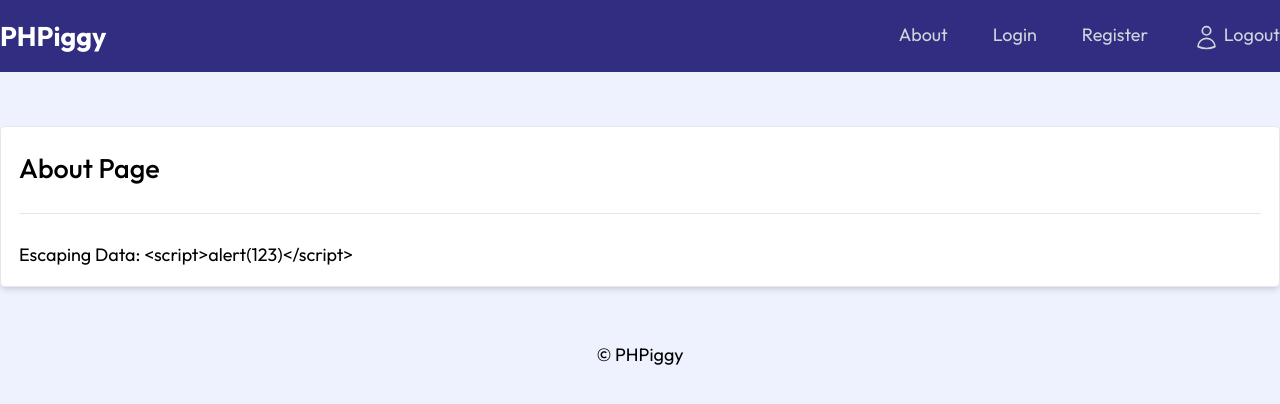
Repository: Conjet/PHPiggy
Page: http://localhost/about
An editor plug-in stored every save of this project. The page is shown before and after the next save, followed by the edit.
The browser window is 1280 px wide. The pictures show the whole page.
The page is run by PHP 8.4 with error messages shown; the project is at /var/www/html/.

Above is the page before, as saved 2023-09-09 23:18:25.

After the next save:
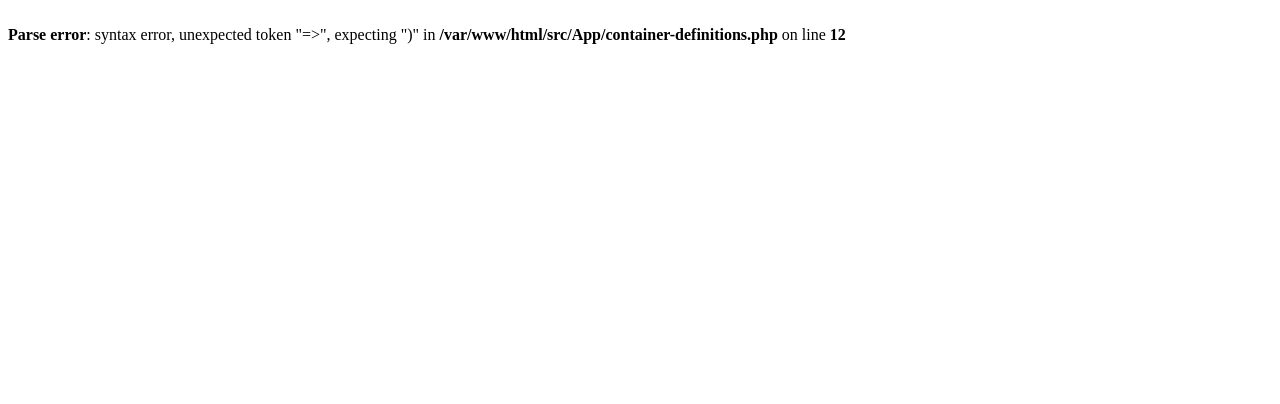
Saved 53 min 6 s later.
--- a/src/App/container-definitions.php
+++ b/src/App/container-definitions.php
@@ -2,11 +2,15 @@
 
 declare(strict_types=1);
 
-use Framework\TemplateEngine;
+use Framework\{TemplateEngine, Database};
 use App\Config\Paths;
 use App\Services\ValidatorService;
 
 return [
     TemplateEngine::class => fn () => new TemplateEngine(Paths::VIEW),
-    ValidatorService::class =>  fn () => new ValidatorService()
+    ValidatorService::class =>  fn () => new ValidatorService(),
+    Database::class => fn () => new Database('host' => 'localhost',
+    'port' => 3306,
+    'dbname' => 'phpiggy'
+], 'root', '')
 ];

After the save that followed:
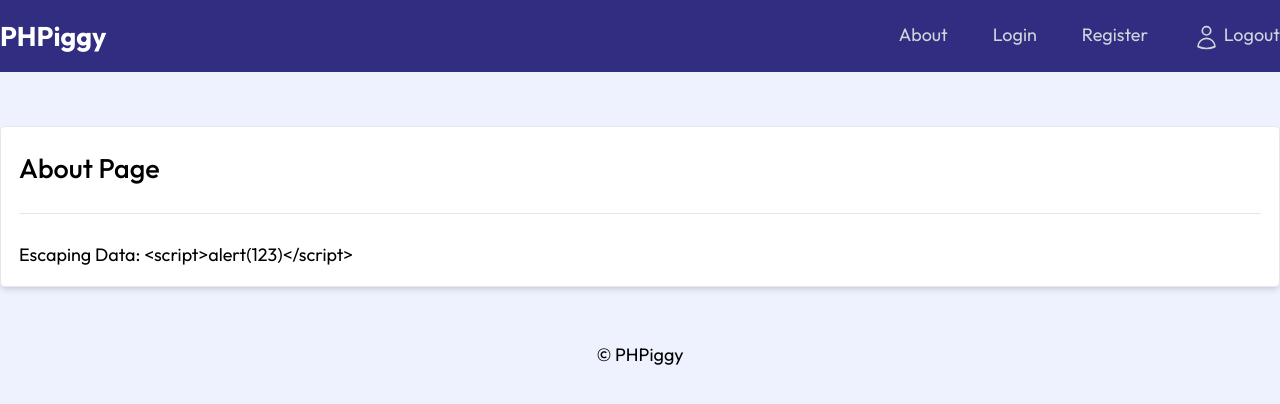
Saved 2 min 2 s later.
--- a/src/App/container-definitions.php
+++ b/src/App/container-definitions.php
@@ -9,8 +9,14 @@
 return [
     TemplateEngine::class => fn () => new TemplateEngine(Paths::VIEW),
     ValidatorService::class =>  fn () => new ValidatorService(),
-    Database::class => fn () => new Database('host' => 'localhost',
-    'port' => 3306,
-    'dbname' => 'phpiggy'
-], 'root', '')
+    Database::class => fn () => new Database(
+        'mysql',
+        [
+            'host' => 'localhost',
+            'port' => 3306,
+            'dbname' => 'phpiggy'
+        ],
+        'root',
+        ''
+    )
 ];
